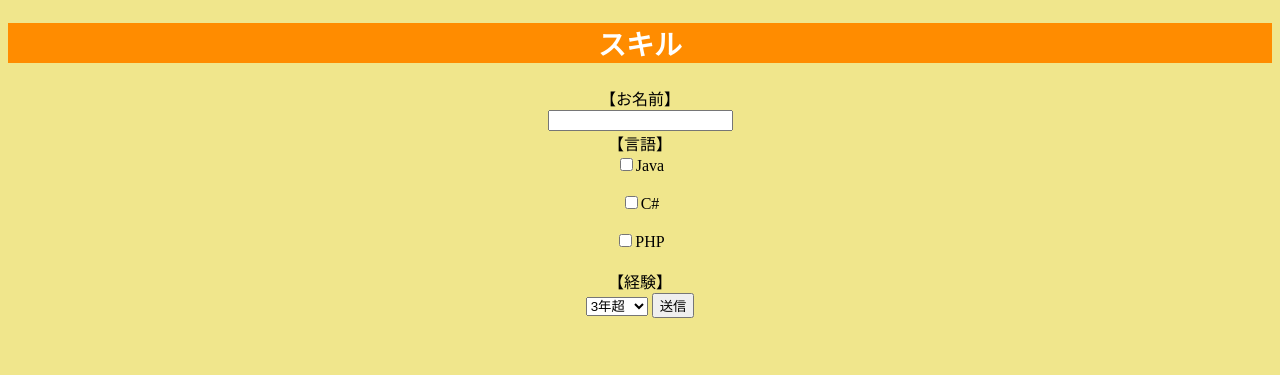
Repository: kazuya-arita/practice-eclipse
Page: JavaWebEx0801/src/main/webapp/input.html
These files come from the project's save history. The page is drawn as it stood at one moment and after the next save; the edit follows.
The browser window is 1280 px wide. The pictures show the whole page.

Above is the page before, as saved 2024-05-26 06:37:54.

After the next save:
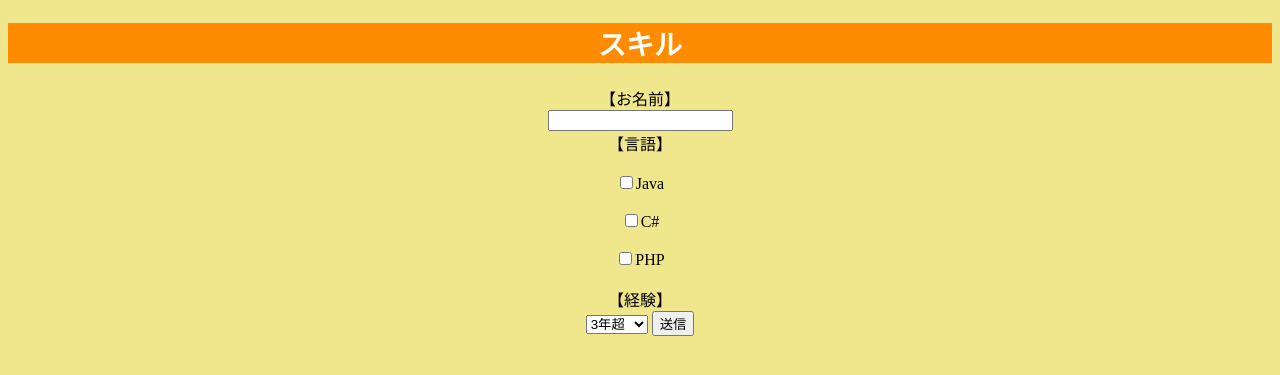
Saved 11 s later.
--- a/JavaWebEx0801/src/main/webapp/input.html
+++ b/JavaWebEx0801/src/main/webapp/input.html
@@ -11,7 +11,7 @@
 		<label>【お名前】</label><br>
 		<input type="text" name="name" required><br>
 
-		<label>【言語】</label><br>
+		<label>【言語】</label><br><br>
 		<input type="checkbox" name="verbal" value="Java">Java<br><br>
 		<input type="checkbox" name="verbal" value="C#">C#<br><br>
 		<input type="checkbox" name="verbal" value="PHP">PHP<br><br>
